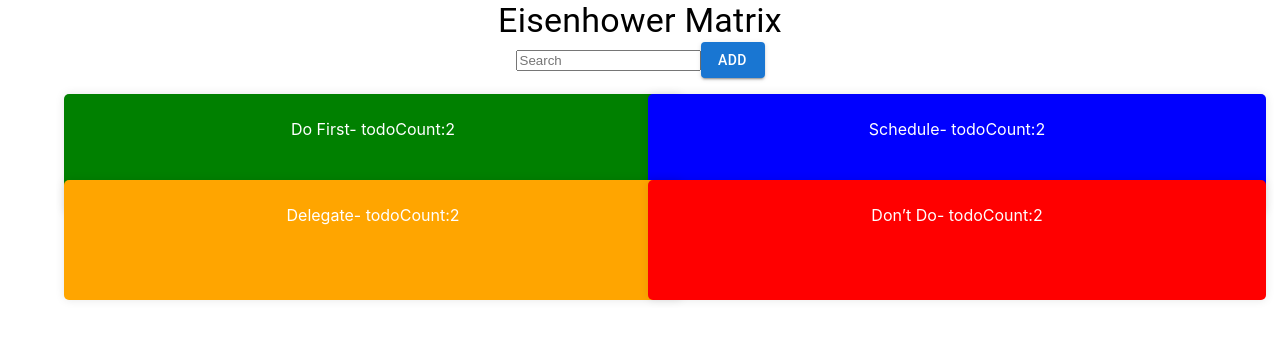
Repository: GokulDev4U/Krixi_react_assignment
Page: /
An editor plug-in stored every save of this project. The page is shown before and after the next save, followed by the edit.
The browser window is 1280 px wide. The pictures show the whole page.
The project was rebuilt for these pictures with package versions that can differ from the ones it lists, and the page was loaded fresh each time.

Above is the page before, as saved 2022-04-04 14:21:22.

After the next save:
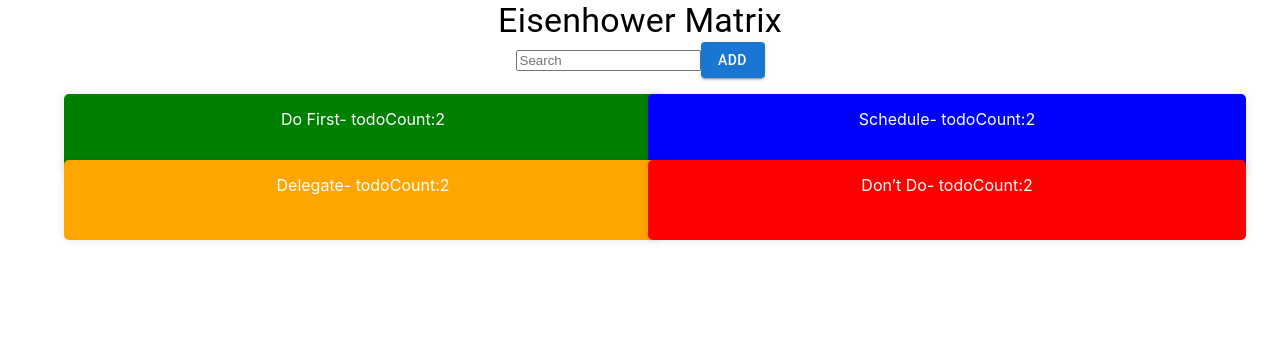
Saved 11 s later.
--- a/src/Components/card/Card.css
+++ b/src/Components/card/Card.css
@@ -6,5 +6,5 @@
     box-shadow: 0 0 10px rgba(0,0,0,0.1);
     overflow: hidden;
     cursor: pointer;
-    padding: 25px;
+    padding: 15px;
  }
